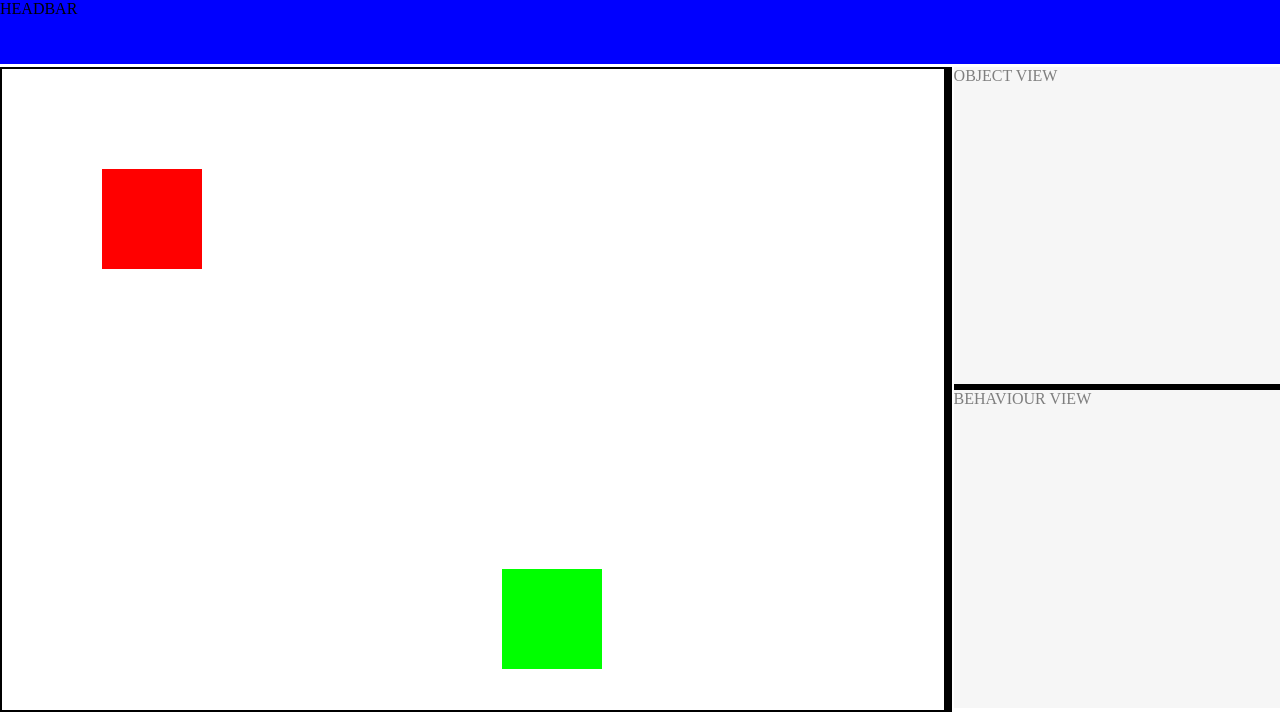
Repository: n-donnelly/onlinegameproto
Page: GameProto/WebContent/Content/main.html
The author's editor kept a record of every edit. The page is drawn from the files as they stood at one moment, then again after the next edit.
The browser window is 1280 px wide. The pictures show the whole page.
Some web libraries are served in a nearby version.

Above is the page before.

After the next edit:
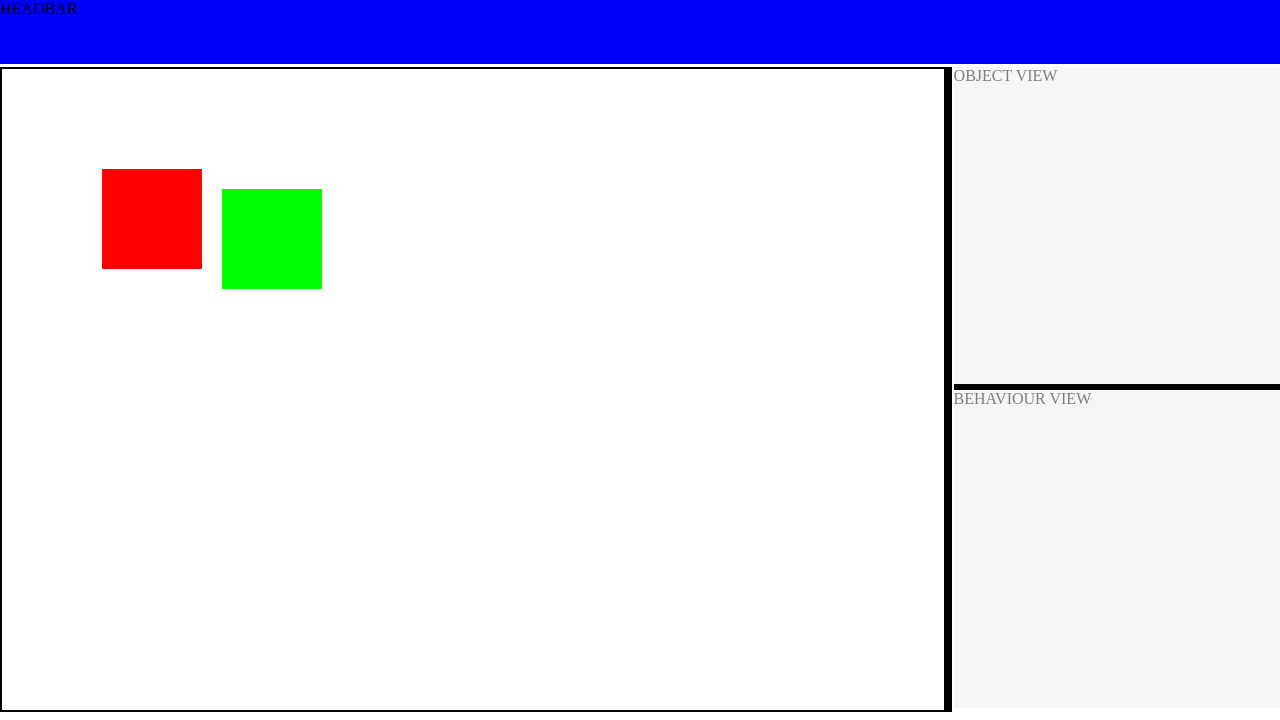
The edit:
--- a/GameProto/WebContent/scripts/run_game.js
+++ b/GameProto/WebContent/scripts/run_game.js
@@ -4,7 +4,7 @@
     var gameObject1 = new GameObject("fill_rect");
     var gameObject2 = new GameObject("fill_rect");
     gameObject1.createRect("rect1", "rect", 100, 100, 100, 100, "#f00");
-    gameObject2.createRect("rect2", "rect", 500, 500, 100, 100, "#0f0");
+    gameObject2.createRect("rect2", "rect", 220, 120, 100, 100, "#0f0");
     gameObjects.push(gameObject1);
     gameObjects.push(gameObject2);
 
